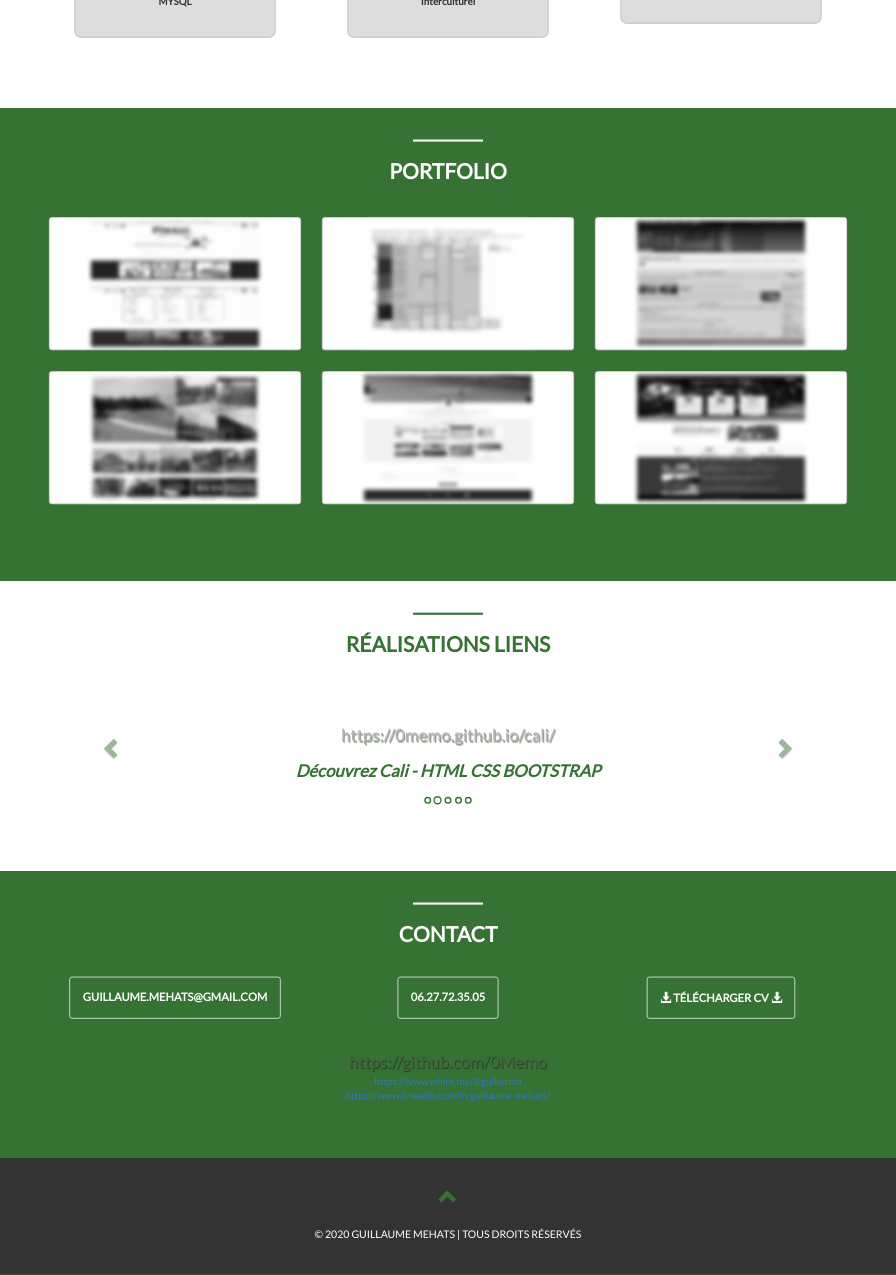
Repository: 0Memo/mon-cv
Page: index.html
The author's editor kept a copy of each file at every save. The page is drawn from the files as they stood at one save, then again after the next save.
The browser window is 1280 px wide. The pictures show the part of the page from y = 4546 to 6466 px (the page is 6367 px tall before and 6466 px after), at 70% of full size.

Above is the page before, as saved 2020-12-30 08:49:54.

After the next save:
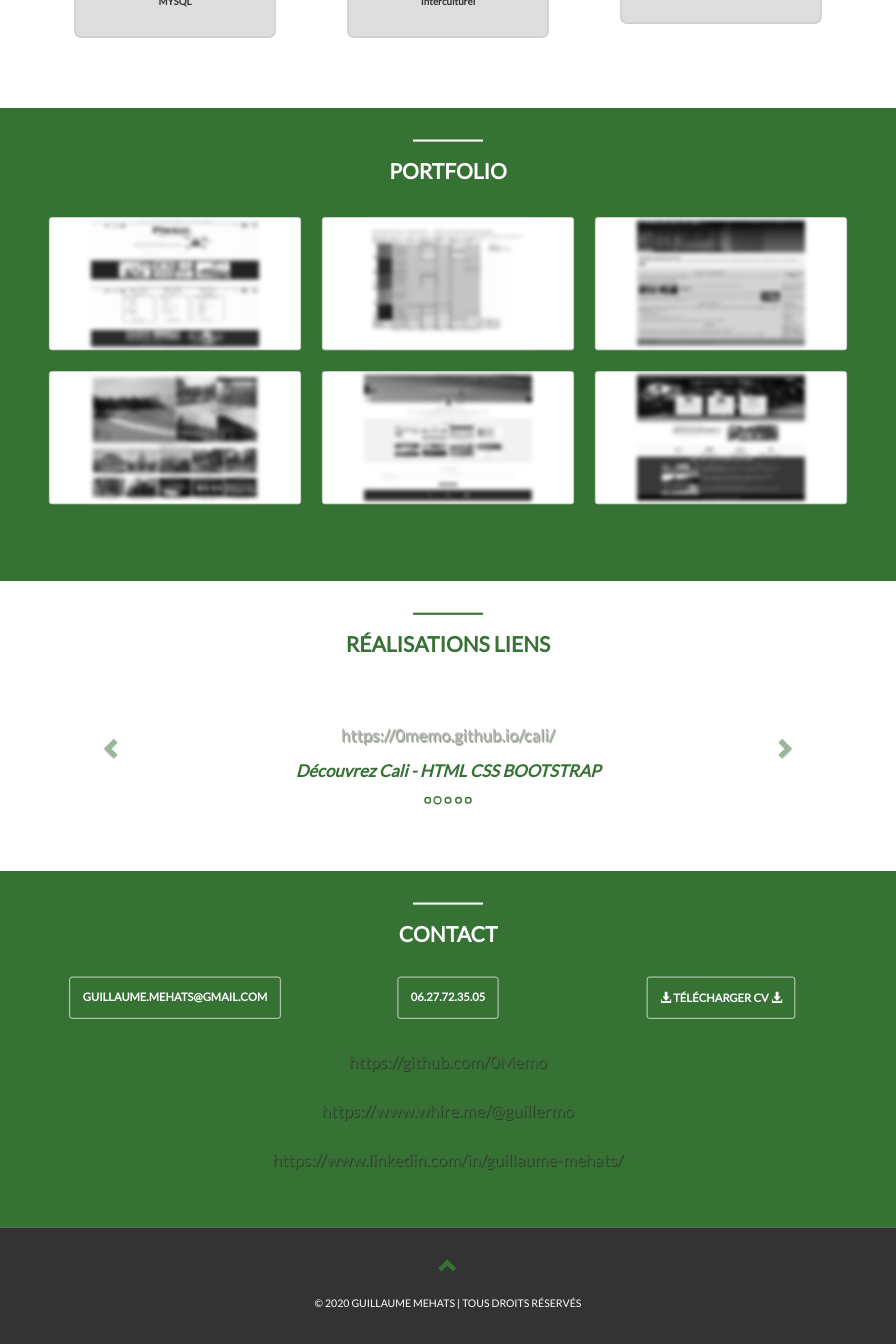
Saved 21 s later.
--- a/index.html
+++ b/index.html
@@ -405,14 +405,14 @@
                     </div>
                 </div>
                 <div class="row text-center">
-                    <div class="col-sm-12">
+                    <div class="col-12">
                         <div class="whire">
                             <a href="https://www.whire.me/@guillermo" alt="whire" title="whire" target="_blank">https://www.whire.me/@guillermo</a>
                         </div>
                     </div>
                 </div>
                 <div class="row text-center">
-                    <div class="col-sm-12">
+                    <div class="col-12">
                         <div class="linkedIn">
                             <a href="https://www.linkedin.com/in/guillaume-mehats/" alt="linkedIn" title="linkedIn" target="_blank">https://www.linkedin.com/in/guillaume-mehats/</a>
                         </div>
